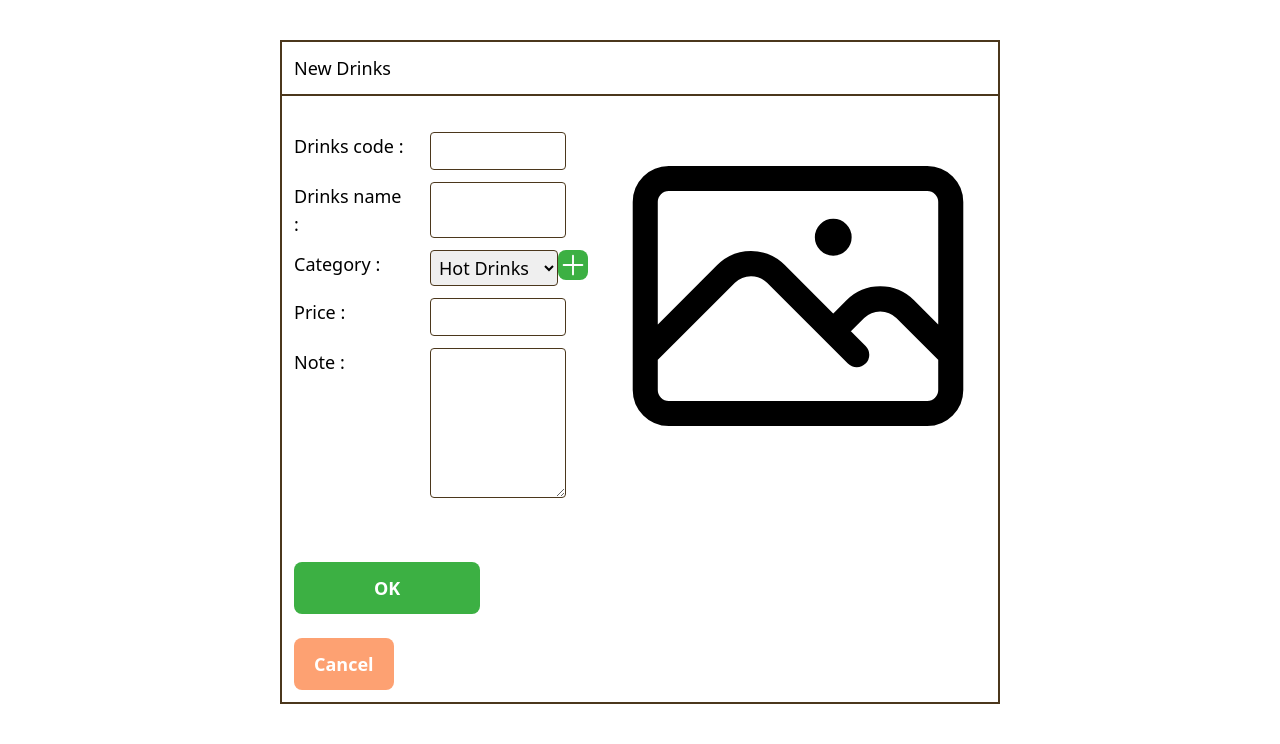
Repository: Dapravith/Midterm-SE-GIC-Cafe-Project-Group16
Page: bin/main/templates/addDrink.html
These files come from the project's save history. The page is drawn as it stood at one moment and after the next save; the edit follows.
The browser window is 1280 px wide. The pictures show the whole page.
Some web libraries are served in a nearby version.

Above is the page before, as saved 2023-05-17 07:49:58.

After the next save:
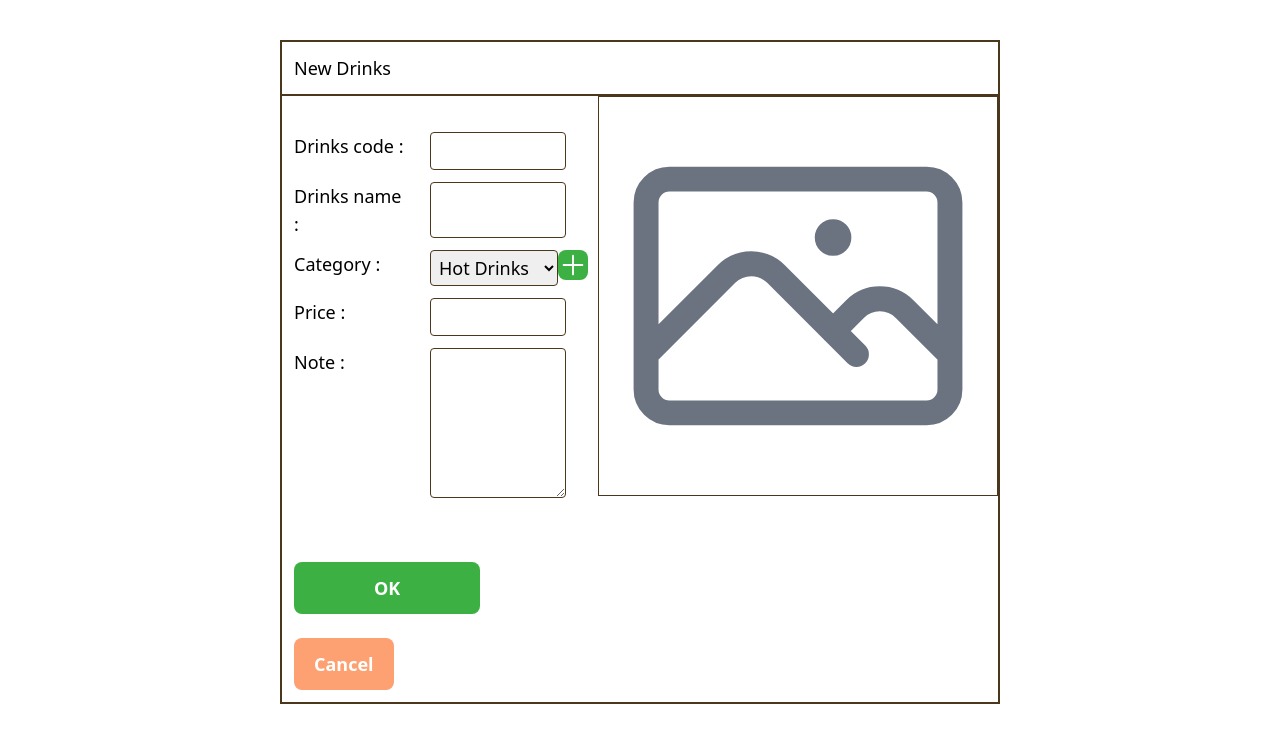
Saved 3 min 4 s later.
--- a/bin/main/templates/addDrink.html
+++ b/bin/main/templates/addDrink.html
@@ -73,19 +73,22 @@
                     <button class=" py-3 px-5 bg-[#FDA172] text-center text-white  font-bold p-3 m-3 inline-block cursor-pointer duration-100 rounded-lg">Cancel</button>
                 </div>
             </div>
+            <!-- images -->
             <div class="ml-5 img">
                 <form action="#">
-                    <input id="file-input" type="file" name="file" hidden>
-                    <label for="file-input">
-                        <svg xmlns="http://www.w3.org/2000/svg"  fill="none" viewBox="0 0 24 24" stroke-width="1.6" stroke="currentColor" class="cursor-pointer w-[400px] h-fit p-3">
-                            <path stroke-linecap="round" stroke-linejoin="round" d="M2.25 15.75l5.159-5.159a2.25 2.25 0 013.182 0l5.159 5.159m-1.5-1.5l1.409-1.409a2.25 2.25 0 013.182 0l2.909 2.909m-18 3.75h16.5a1.5 1.5 0 001.5-1.5V6a1.5 1.5 0 00-1.5-1.5H3.75A1.5 1.5 0 002.25 6v12a1.5 1.5 0 001.5 1.5zm10.5-11.25h.008v.008h-.008V8.25zm.375 0a.375.375 0 11-.75 0 .375.375 0 01.75 0z" />
-                          </svg>
+                    <input id="file-input" type="file" name="file" hidden accept="image/*">
+                    <label for="file-input" class="cursor-pointer">
+                        <div id="image-preview" class="w-[400px] h-fit p-3 border-[1px] border-solid border-[#4B371C]">
+                            <svg xmlns="http://www.w3.org/2000/svg" fill="none" viewBox="0 0 24 24" stroke-width="1.6" stroke="currentColor" class="w-full h-full text-gray-500">
+                                <path stroke-linecap="round" stroke-linejoin="round" d="M2.25 15.75l5.159-5.159a2.25 2.25 0 013.182 0l5.159 5.159m-1.5-1.5l1.409-1.409a2.25 2.25 0 013.182 0l2.909 2.909m-18 3.75h16.5a1.5 1.5 0 001.5-1.5V6a1.5 1.5 0 00-1.5-1.5H3.75A1.5 1.5 0 002.25 6v12a1.5 1.5 0 001.5 1.5zm10.5-11.25h.008v.008h-.008V8.25zm.375 0a.375.375 0 11-.75 0 .375.375 0 01.75 0z" />
+                            </svg>
+                        </div>
                     </label>
-
                 </form>
-
             </div>
         </div>
+    </div>
+    </div>
     </div>
     </div>
     <!-- ADD NEW CATEGORY -->
@@ -121,6 +124,7 @@
         const addNewCat = document.getElementById("add_category");
         const popup = document.querySelector(".popup");
         const form_add_category = document.querySelector(".add_category ");
+        const imagePreview = document.getElementById("image-preview");
 
         addNewCat.addEventListener("click", showPopup);
 
@@ -129,7 +133,6 @@
         }
 
         form_add_category.addEventListener("submit", () => {
-            // alert("OMG")
             clear()
             popup.classList.add('hidden')
         });
@@ -147,9 +150,28 @@
             }
         })
 
+        function readImage(input) {
+            if (input.files && input.files[0]) {
+                const reader = new FileReader();
+
+                reader.onload = function(e) {
+                    imagePreview.innerHTML = `<img src="${e.target.result}" alt="Preview Image" class="object-contain w-full h-full">`;
+                };
+
+                reader.readAsDataURL(input.files[0]);
+            }
+        }
+
+        document.getElementById("file-input").addEventListener("change", function() {
+            readImage(this);
+        });
+
         const clear = () => {
             document.querySelector('.category_name').value = ""
             document.querySelector('.category_code').value = ""
+            imagePreview.innerHTML = `<svg xmlns="http://www.w3.org/2000/svg" fill="none" viewBox="0 0 24 24" stroke-width="1.6" stroke="currentColor" class="w-full h-full text-gray-500">
+                                    <path stroke-linecap="round" stroke-linejoin="round" d="M2.25 15.75l5.159-5.159a2.25 2.25 0 013.182 0l5.159 5.159m-1.5-1.5l1.409-1.409a2.25 2.25 0 013.182 0l2.909 2.909m-18 3.75h16.5a1.5 1.5 0 001.5-1.5V6a1.5 1.5 0 00-1.5-1.5H3.75A1.5 1.5 0 002.25 6v12a1.5 1.5 0 001.5 1.5zm10.5-11.25h.008v.008h-.008V8.25zm.375 0a.375.375 0 11-.75 0 .375.375 0 01.75 0z" />
+                                </svg>`
         }
     </script>
 </body>
